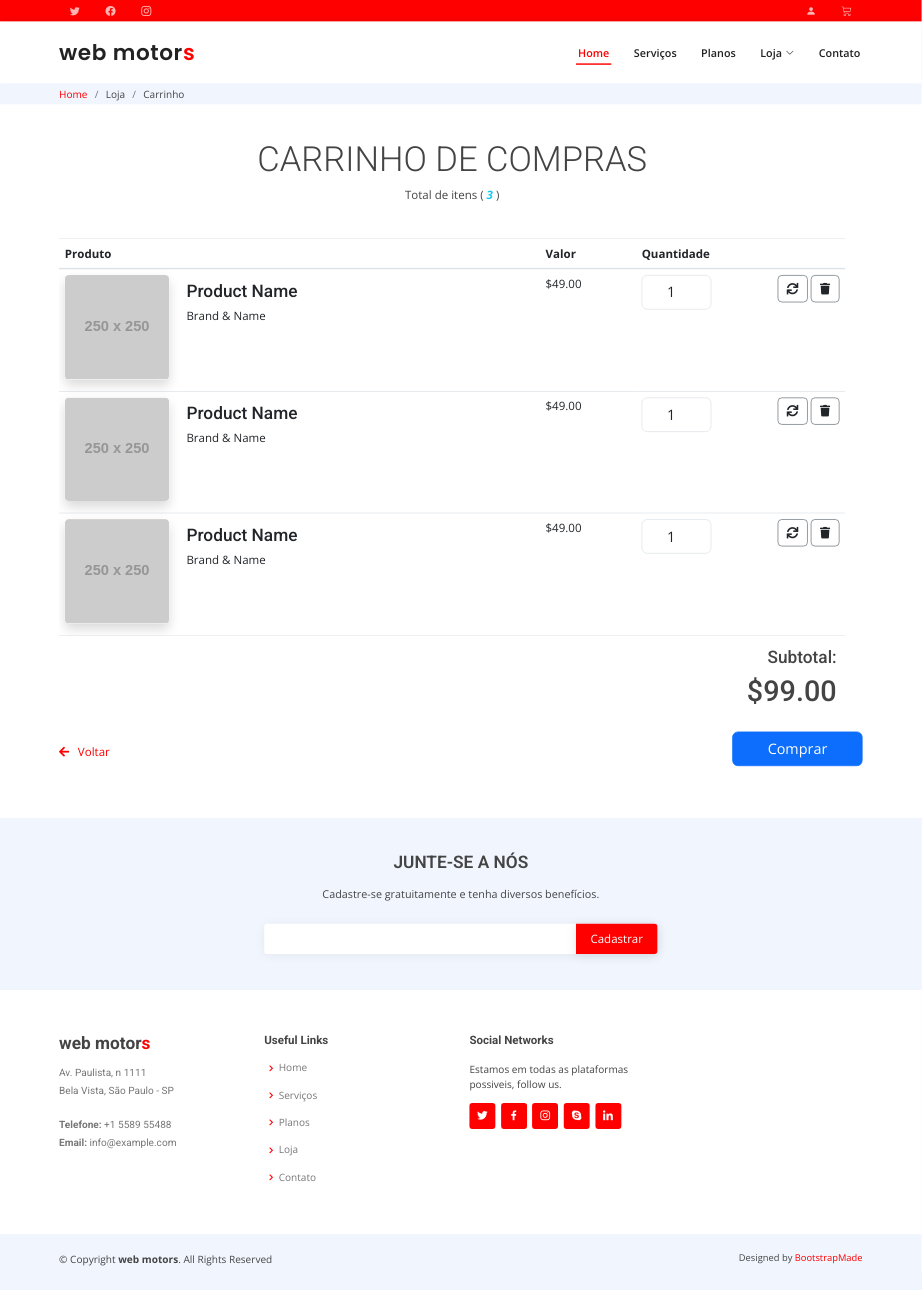
Repository: 01nethy/WebMotors
Page: cart.html
The author's editor kept a copy of each file at every save. The page is drawn from the files as they stood at one save, then again after the next save.
The browser window is 1280 px wide. The pictures show the whole page, at 72% of full size.
Some web libraries are served in a nearby version.

Above is the page before, as saved 2023-10-07 20:49:09.
Console error: TypeError: Cannot read properties of undefined (reading 'fn')

### cart.html
<!DOCTYPE html>
<html lang="pt-BR">
<head>
    <meta charset="UTF-8">
    <meta name="viewport" content="width=device-width, initial-scale=1.0">

    <title>Document</title>
    <meta content="" name="description">
    <meta content="" name="keywords">

    <link rel="stylesheet" href="https://cdnjs.cloudflare.com/ajax/libs/font-awesome/5.11.2/css/all.min.css">
    <link rel="stylesheet" href="https://stackpath.bootstrapcdn.com/bootstrap/4.1.0/css/bootstrap.min.css">
    <script src="https://stackpath.bootstrapcdn.com/bootstrap/4.1.0/js/bootstrap.min.js"></script>
    <script src="https://cdnjs.cloudflare.com/ajax/libs/popper.js/1.14.0/umd/popper.min.js"></script>
    <script src="https://code.jquery.com/jquery-3.3.1.slim.min.js"></script>

     <!-- Favicons -->
  <link rel="stylesheet" href="https://maxcdn.bootstrapcdn.com/font-awesome/4.7.0/css/font-awesome.min.css">

  <!-- Google Fonts -->
  <link href="https://fonts.googleapis.com/css?family=Open+Sans:300,300i,400,400i,600,600i,700,700i|Roboto:300,300i,400,400i,500,500i,600,600i,700,700i|Poppins:300,300i,400,400i,500,500i,600,600i,700,700i" rel="stylesheet">

  <!-- Vendor CSS Files -->
  <link href="assets/vendor/aos/aos.css" rel="stylesheet">
  <link href="assets/vendor/bootstrap/css/bootstrap.min.css" rel="stylesheet">
  <link href="assets/vendor/bootstrap-icons/bootstrap-icons.css" rel="stylesheet">
  <link href="assets/vendor/boxicons/css/boxicons.min.css" rel="stylesheet">
  <link href="assets/vendor/glightbox/css/glightbox.min.css" rel="stylesheet">
  <link href="assets/vendor/swiper/swiper-bundle.min.css" rel="stylesheet">

  <!-- Template Main CSS File -->
  <link href="assets/css/style.css" rel="stylesheet">

</head>
<body>
  <!-- ======= Top Bar ======= -->
  <section id="topbar" class="d-flex align-items-center">
    <div id="topajust" class="container d-flex">
      <div class="social-links col-6 ">
        <a href="#" class="twitter m-0"><i class="bi bi-twitter"></i></a>
        <a href="#" class="facebook"><i class="bi bi-facebook"></i></a>
        <a href="#" class="instagram"><i class="bi bi-instagram"></i></a>
      <!-- <a href="#" class="linkedin"><i class="bi bi-linkedin"></i></i></a> -->
      </div>
      <div class="social-links col-6 text-end">
        <a href=""><i class="bi bi-person-fill"></i></a>
        <a href="cart.html"> <i class="bi bi-cart3"></i></a>
      </div>
    </div>
  </section>

  <!-- ======= Header nav ======= -->
  <header id="header" class="d-flex">
    <div class="container d-flex align-items-center justify-content-between"">
      <h1 class="logo"><a href="index.html">web motor<span>s</span></a></h1>
      <nav id="navbar" class="nav navbar justify-content-end">
        <ul>
          <li><a class="nav-link scrollto active" href="#hero">Home</a></li>
         <!-- <li><a class="nav-link scrollto" href="#about">Mecanica</a></li>-->
          <li><a class="nav-link scrollto" href="#services">Serviços</a></li>
         <!-- <li><a class="nav-link scrollto " href="#portfolio">Aditivo</a></li>-->
        <li><a class="nav-link scrollto" href="#pricing">Planos</a></li>
          <li class="dropdown"><a href="inner-page.html"><span>Loja</span> <i class="bi bi-chevron-down"></i></a>
            <ul>
              <li><a href="#">Aditivos</a></li>
             <!-- <li class="dropdown"><a href="#"><span>Deep Drop Down</span> <i class="bi bi-chevron-right"></i></a>
                <ul>
                  <li><a href="#">Deep Drop Down 1</a></li>
                  <li><a href="#">Deep Drop Down 2</a></li>
                  <li><a href="#">Deep Drop Down 3</a></li>
                  <li><a href="#">Deep Drop Down 4</a></li>
                  <li><a href="#">Deep Drop Down 5</a></li>
                </ul>
              </li> -->
              <li><a href="#">Borracha</a></li>
              <li><a href="#">Pneus</a></li>
            </ul>
          </li>
          <li><a class="nav-link scrollto" href="#contact">Contato</a></li>
        </ul>
        <i class="bi bi-list mobile-nav-toggle"></i>
      </nav><!-- .navbar -->

    </div>
  </header>

  <main id="main" data-aos="fade-up"></main>
<!-- ======= Breadcrumbs ======= -->
  <section class="breadcrumbs">
    <div class="container">
      <div class="d-flex justify-content-between align-items-center">
        <ol>
          <li><a href="index.html">Home</a></li>
          <li>Loja</li>
          <li>Carrinho</li>
        </ol>
      </div>
    </div>
  </section>

    <section class="pt-5 pb-5">
        <div class="container">
          <div class="row w-100">
              <div class="col-lg-12 col-md-12 col-12">
                  <h3 class="display-5 mb-2 text-center">CARRINHO DE COMPRAS</h3>
                  <p class="mb-5 text-center">Total de itens (
                      <i class="text-info font-weight-bold">3</i> )</p>
                  <table id="shoppingCart" class="table table-condensed table-responsive">
                      <thead>
                          <tr>
                              <th style="width:60%">Produto</th>
                              <th style="width:12%">Valor</th>
                              <th style="width:10%">Quantidade</th>
                              <th style="width:16%"></th>
                          </tr>
                      </thead>
                      <tbody>
                          <tr>
                              <td data-th="Product">
                                  <div class="row">
                                      <div class="col-md-3 text-left">
                                          <img src="https://via.placeholder.com/250x250/5fa9f8/ffffff" alt="" class="img-fluid d-none d-md-block rounded mb-2 shadow ">
                                      </div>
                                      <div class="col-md-9 text-left mt-sm-2">
                                          <h4>Product Name</h4>
                                          <p class="font-weight-light">Brand &amp; Name</p>
                                      </div>
                                  </div>
                              </td>
                              <td data-th="Price">$49.00</td>
                              <td data-th="Quantity">
                                  <input type="number" class="form-control form-control-lg text-center" value="1">
                              </td>
                              <td class="actions" data-th="">
                                  <div class="text-right">
                                      <button class="btn btn-white border-secondary bg-white btn-md mb-2">
                                          <i class="fas fa-sync"></i>
                                      </button>
                                      <button class="btn btn-white border-secondary bg-white btn-md mb-2">
                                          <i class="fas fa-trash"></i>
                                      </button>
                                  </div>
                              </td>
                          </tr>
                          <tr>
                              <td data-th="Product">
                                  <div class="row">
                                      <div class="col-md-3 text-left">
                                          <img src="https://via.placeholder.com/250x250/5fa9f8/ffffff" alt="" class="img-fluid d-none d-md-block rounded mb-2 shadow ">
                                      </div>
                                      <div class="col-md-9 text-left mt-sm-2">
                                          <h4>Product Name</h4>
                                          <p class="font-weight-light">Brand &amp; Name</p>
                                      </div>
                                  </div>
                              </td>
                              <td data-th="Price">$49.00</td>
                              <td data-th="Quantity">
                                  <input type="number" class="form-control form-control-lg text-center" value="1">
                              </td>
                              <td class="actions" data-th="">
                                  <div class="text-right">
                                      <button class="btn btn-white border-secondary bg-white btn-md mb-2">
                                          <i class="fas fa-sync"></i>
                                      </button>
                                      <button class="btn btn-white border-secondary bg-white btn-md mb-2">
                                          <i class="fas fa-trash"></i>
                                      </button>
                                  </div>
                              </td>
                          </tr>
                          <tr>
                              <td data-th="Product">
                                  <div class="row">
                                      <div class="col-md-3 text-left">
                                          <img src="https://via.placeholder.com/250x250/5fa9f8/ffffff" alt="" class="img-fluid d-none d-md-block rounded mb-2 shadow ">
                                      </div>
                                      <div class="col-md-9 text-left mt-sm-2">
                                          <h4>Product Name</h4>
                                          <p class="font-weight-light">Brand &amp; Name</p>
                                      </div>
                                  </div>
                              </td>
                              <td data-th="Price">$49.00</td>
                              <td data-th="Quantity">
                                  <input type="number" class="form-control form-control-lg text-center" value="1">
                              </td>
                              <td class="actions" data-th="">
                                  <div class="text-right">
                                      <button class="btn btn-white border-secondary bg-white btn-md mb-2">
                                          <i class="fas fa-sync"></i>
                                      </button>
                                      <button class="btn btn-white border-secondary bg-white btn-md mb-2">
                                          <i class="fas fa-trash"></i>
                                      </button>
                                  </div>
                              </td>
                          </tr>
                      </tbody>
                  </table>

                  <aside class="container float-left">
                  <div class="float-right text-right">
                      <h4>Subtotal:</h4>
                      <h1>$99.00</h1>
                  </div>
              </div>
          </div>
          <div class="row mt-4 d-flex align-items-center">
              <div class="col-sm-6 order-md-2 text-right">
                  <a href="catalog.html" class="btn btn-primary mb-4 btn-lg pl-5 pr-5">Comprar</a>
              </div>

            </aside>
              <div class="col-sm-6 mb-3 mb-m-1 order-md-1 text-md-left">
                  <a href="catalog.html">
                      <i class="fas fa-arrow-left mr-2"></i> Voltar</a>
              </div>
          </div>
      </div>
      </section>
    </main>

<!-- ======= Footer ======= -->
<footer id="footer">
    <div class="footer-newsletter">
      <div class="container">
        <div class="row justify-content-center">
          <div class="col-lg-6">
            <h4>JUNTE-SE A NÓS</h4>
            <p>Cadastre-se gratuitamente e tenha diversos benefícios.</p>
            <form action="" method="post">
              <input type="email" name="email"><input type="submit" value="Cadastrar">
            </form>
          </div>
        </div>
      </div>
    </div>

    <div class="footer-top">
      <div class="container">
        <div class="row">

          <div class="col-lg-3 col-md-6 footer-contact">
            <h3>web motor<span>s</span></h3>
            <p>
              Av. Paulista, n 1111 <br>
              Bela Vista, São Paulo - SP<br>
              <br>
              <strong>Telefone:</strong> +1 5589 55488<br>
              <strong>Email:</strong> info@example.com<br>
            </p>
          </div>

          <div class="col-lg-3 col-md-6 footer-links">
            <h4>Useful Links</h4>
            <ul>
              <li><i class="bx bx-chevron-right"></i> <a href="#">Home</a></li>
              <li><i class="bx bx-chevron-right"></i> <a href="#">Serviços</a></li>
              <li><i class="bx bx-chevron-right"></i> <a href="#">Planos</a></li>
              <li><i class="bx bx-chevron-right"></i> <a href="#">Loja</a></li>
              <li><i class="bx bx-chevron-right"></i> <a href="#">Contato</a></li>
            </ul>
          </div>

          <div class="col-lg-3 col-md-6 footer-links">
            <h4>Social Networks</h4>
            <p>Estamos em todas as plataformas possiveis,
              follow us.</p>
            <div class="social-links mt-3">
              <a href="#" class="twitter"><i class="bx bxl-twitter"></i></a>
              <a href="#" class="facebook"><i class="bx bxl-facebook"></i></a>
              <a href="#" class="instagram"><i class="bx bxl-instagram"></i></a>
              <a href="#" class="google-plus"><i class="bx bxl-skype"></i></a>
              <a href="#" class="linkedin"><i class="bx bxl-linkedin"></i></a>
            </div>
          </div>

        </div>
      </div>
    </div>

    <div class="container py-4">
      <div class="copyright">
        &copy; Copyright <strong><span>web motors</span></strong>. All Rights Reserved
      </div>
      <div class="credits">
        <!-- All the links in the footer should remain intact. -->
        <!-- You can delete the links only if you purchased the pro version. -->
        <!-- Licensing information: https://bootstrapmade.com/license/ -->
        <!-- Purchase the pro version with working PHP/AJAX contact form: https://bootstrapmade.com/web motors-bootstrap-business-template/ -->
        Designed by <a href="https://bootstrapmade.com/">BootstrapMade</a>
      </div>
    </div>
</footer>
</body>
</html>

Loaded but not shown: assets/vendor/aos/aos.css (library); assets/vendor/bootstrap/css/bootstrap.min.css (library); assets/vendor/bootstrap-icons/bootstrap-icons.css (library); assets/vendor/boxicons/css/boxicons.min.css (library); assets/vendor/glightbox/css/glightbox.min.css (library); assets/vendor/swiper/swiper-bundle.min.css (library); assets/css/style.css (1946 lines, source omitted)

After the next save:
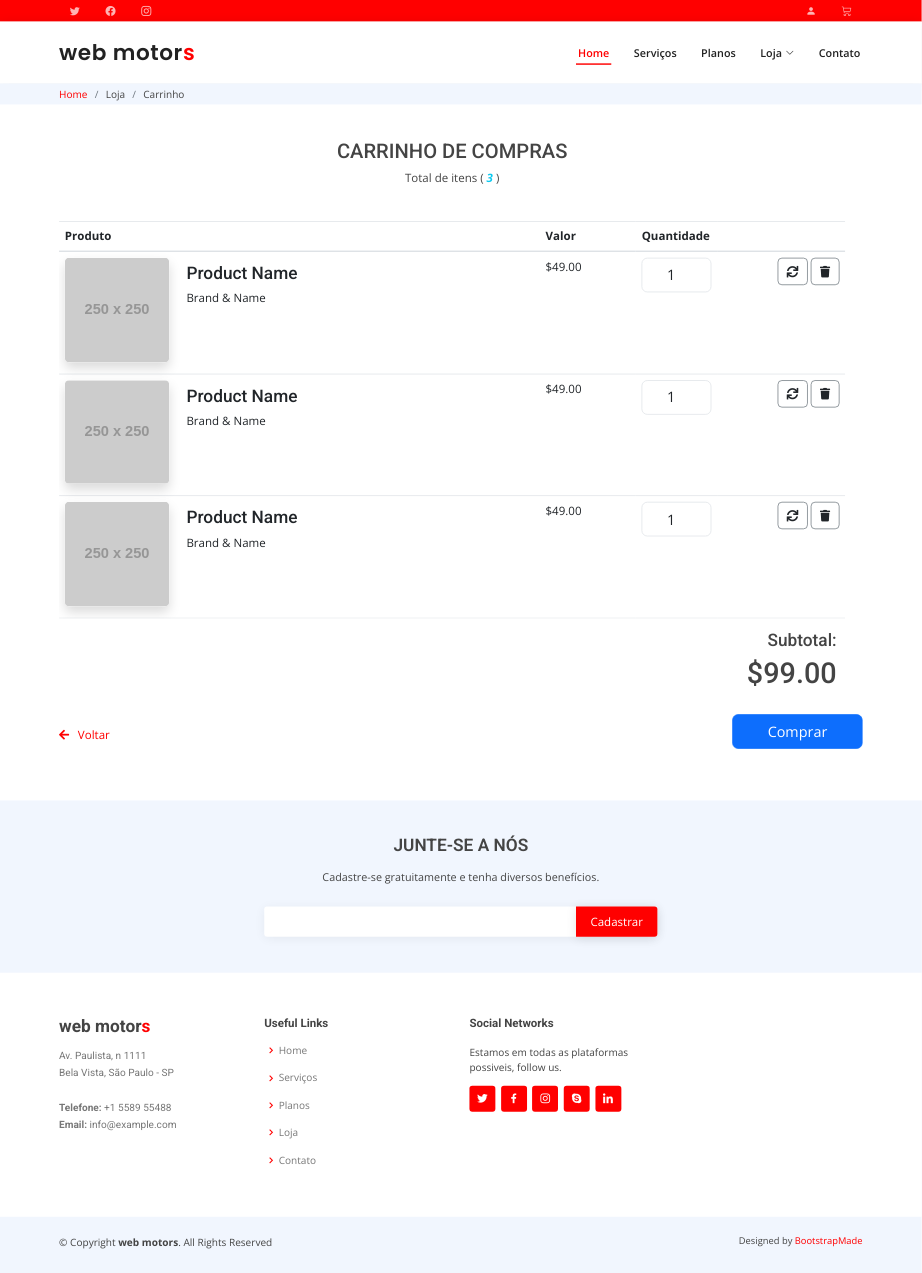
Saved 3 min 27 s later.
--- a/cart.html
+++ b/cart.html
@@ -102,7 +102,7 @@
         <div class="container">
           <div class="row w-100">
               <div class="col-lg-12 col-md-12 col-12">
-                  <h3 class="display-5 mb-2 text-center">CARRINHO DE COMPRAS</h3>
+                  <h3 class="display-7 mb-2 text-center">CARRINHO DE COMPRAS</h3>
                   <p class="mb-5 text-center">Total de itens (
                       <i class="text-info font-weight-bold">3</i> )</p>
                   <table id="shoppingCart" class="table table-condensed table-responsive">
